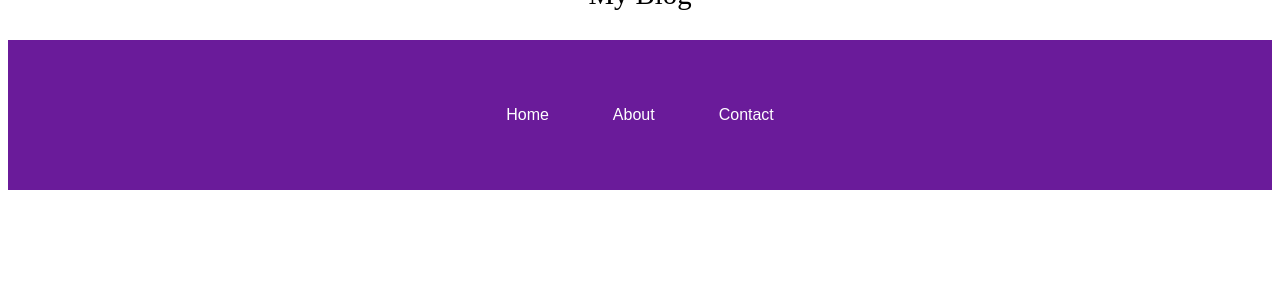
Repository: Femi007-gh/BLOG
Page: index.html
The author's editor kept a copy of each file at every save. The page is drawn from the files as they stood at one save, then again after the next save.
The browser window is 1280 px wide. The pictures show the whole page.

Above is the page before, as saved 2025-01-08 07:31:26.

After the next save:
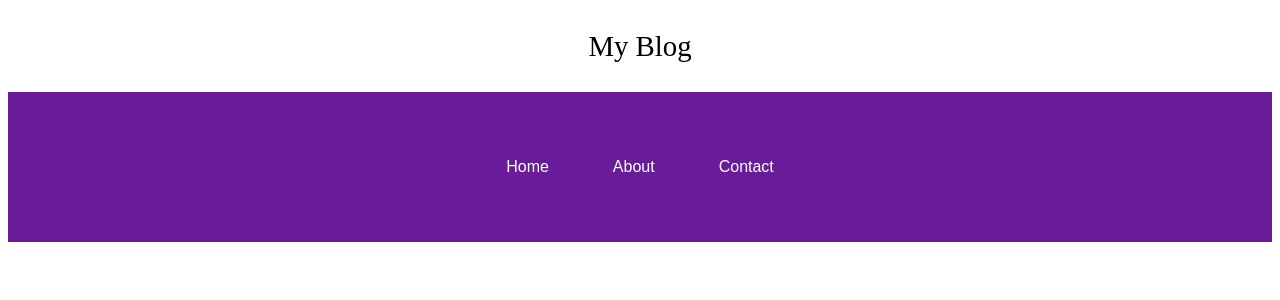
Saved 16 s later.
--- a/style.css
+++ b/style.css
@@ -28,7 +28,7 @@ nav {
     }
 
     p {
-      margin-top: -30px;
+      margin-top: 30px;
       font-size: 1.8rem;
 
       text-align: center;
